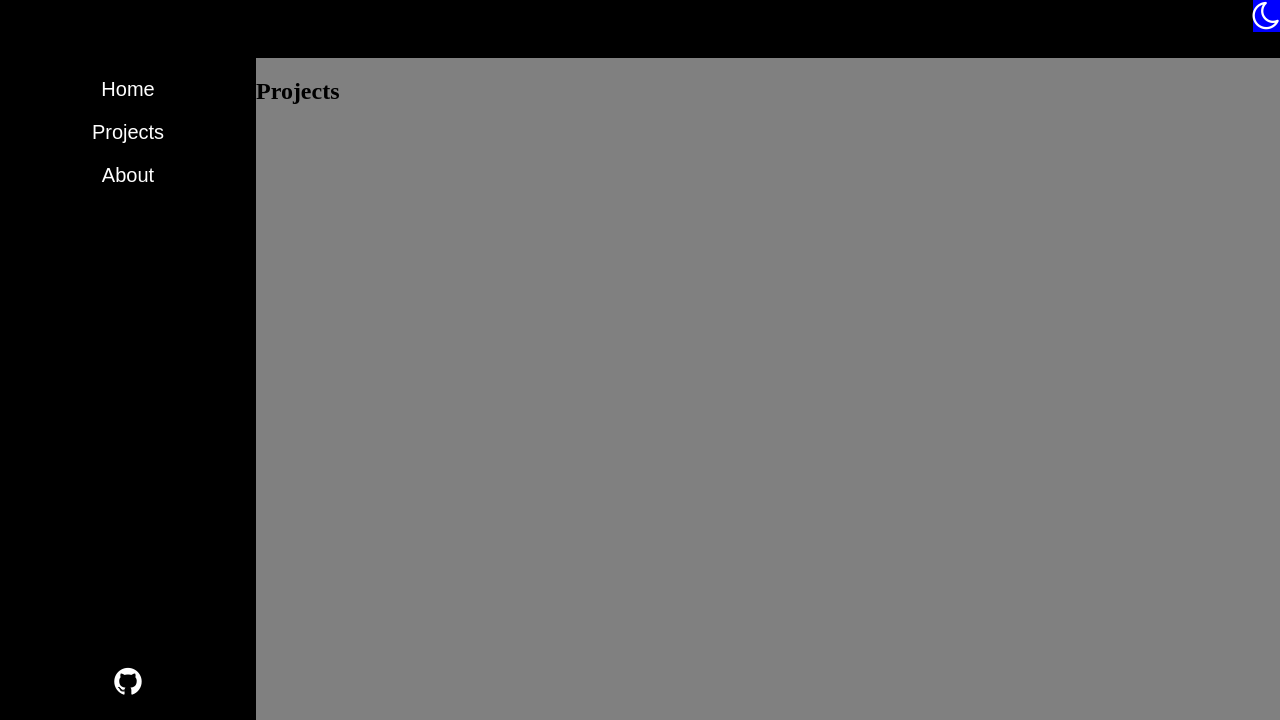
Repository: josephinel6/josephinel6.github.io
Page: index.html
The author's editor kept a copy of each file at every save. The page is drawn from the files as they stood at one save, then again after the next save.
The browser window is 1280 px wide. The pictures show the whole page.

Above is the page before, as saved 2023-04-05 08:10:44.

### index.html
<!DOCTYPE html>
<html>

<head>
    <style>
        :root.light {
            --color-bg: white;
            --color-menu-text: black;
            --color-page-bg: darkgray;
            --color-obj-bg: gray;
            --color-title-text: black;
            --color-gen-text: black;
        }

        :root.dark {
            --color-bg: black;
            --color-menu-text: white;
            --color-page-bg: gray;
            --color-obj-bg: darkgray;
            --color-title-text: white;
            --color-gen-text: white;
        }

        /* :root {
            --color-bg: black;
        } */

        html,
        body {
            height: 100%;
            width: 100%;
            margin: 0;
            position: relative;
            /* border-color: blue;
            border-radius: 10px;
            border-style: solid; */
            padding: 0;
        }

        #menu {
            height: 100%;
            width: 20%;
            position: absolute;
            z-index: 1;
            top: 0;
            bottom: 0;
            background-color: var(--color-bg);
        }

        #topbar {
            width: 100%;
            height: 8%;
            background-color: var(--color-bg);
            position: absolute;
        }

        .menutext {
            color: var(--color-menu-text);
            font-family: sans-serif;
            font-size: 20px;
        }

        .fa-github {
            color: var(--color-menu-text);
        }

        #window {
            background-color: var(--color-page-bg);
            position: absolute;
            height: 92%;
            width: 80%;
            right: 0;
            bottom: 0;
        }

        .tabcontent {
            height: 100%;
            width: 100%;
            position: absolute;
        }

        .projectbutton {
            height: 150px;
            width: 95%;
            margin-top: 2.5%;
            margin-left: 2.5%;
            background-color: var(--color-obj-bg);
            border-radius: 5px;
            font-family: sans-serif;
            font-size: 30px;
        }

        #day-night {
            color: white;
            z-index: 2;
            background-color: blue;
            position: absolute;
            right: 0;
            top: 0;
        }
    </style>
    <link rel="stylesheet" href="https://cdnjs.cloudflare.com/ajax/libs/font-awesome/4.7.0/css/font-awesome.min.css">
    <script type="module" src="https://cdn.jsdelivr.net/gh/zerodevx/zero-md@2/dist/zero-md.min.js"></script>
    <script type="module" src="https://md-block.verou.me/md-block.js"></script>
</head>

<body>
    <div id="menu">
        <div style="position:absolute; top: 8%; width: 100%; text-align: center;">

            <p class="menutext"> Home </p>
            <p class="menutext" onclick="openpage('projectbuttons')"> Projects </p>
            <p class="menutext"> About </p>

        </div>

        <div style="position:absolute; bottom:3%; width: 100%; text-align: center;">
            <a href="https://github.com/josephinel6" class="fa fa-github fa-2x" style="text-decoration: none;"></a>
        </div>
    </div>
    <div id="topbar">
        <i onclick="daynight()" class="fa fa-moon-o fa-2x" id="day-night"></i>
    </div>
    <div id="window">
        <div id="homepage" class="tabcontent">
            <h2> Projects </h2>
        </div>
        <div id="projectbuttons" class="tabcontent">
            <div class="projectbutton" onclick="openpage('weatherAPI')"> Weather API </div>
        </div>
        <zero-md src="https://josephinel6.github.io/weatherAPI.md" class="tabcontent" id="weatherAPI"></zero-md>
        <div class="tabcontent" id="about"></div>
    </div>
    <script>
        window.onload = function () {
            document.documentElement.classList.remove("light")
            document.documentElement.classList.add("dark")
            window.localStorage.setItem('mode', 'dark');
            console.log("dark")
            tabcontent = document.getElementsByClassName("tabcontent");
            for (i = 0; i < tabcontent.length; i++) {
                tabcontent[i].style.display = "none";
            }
            document.getElementById("homepage").style.display = "block";
        }

        function openpage(pageName) {
            var i, tabcontent, tablinks;
            tabcontent = document.getElementsByClassName("tabcontent");
            for (i = 0; i < tabcontent.length; i++) {
                tabcontent[i].style.display = "none";
            }
            tablinks = document.getElementsByClassName("tablink");
            for (i = 0; i < tablinks.length; i++) {
                tablinks[i].style.backgroundColor = "";
            }
            document.getElementById(pageName).style.display = "block";

            document.body.scrollTop = 0;
            document.documentElement.scrollTop = 0;
        }
    </script>

</body>

</html>

After the next save:
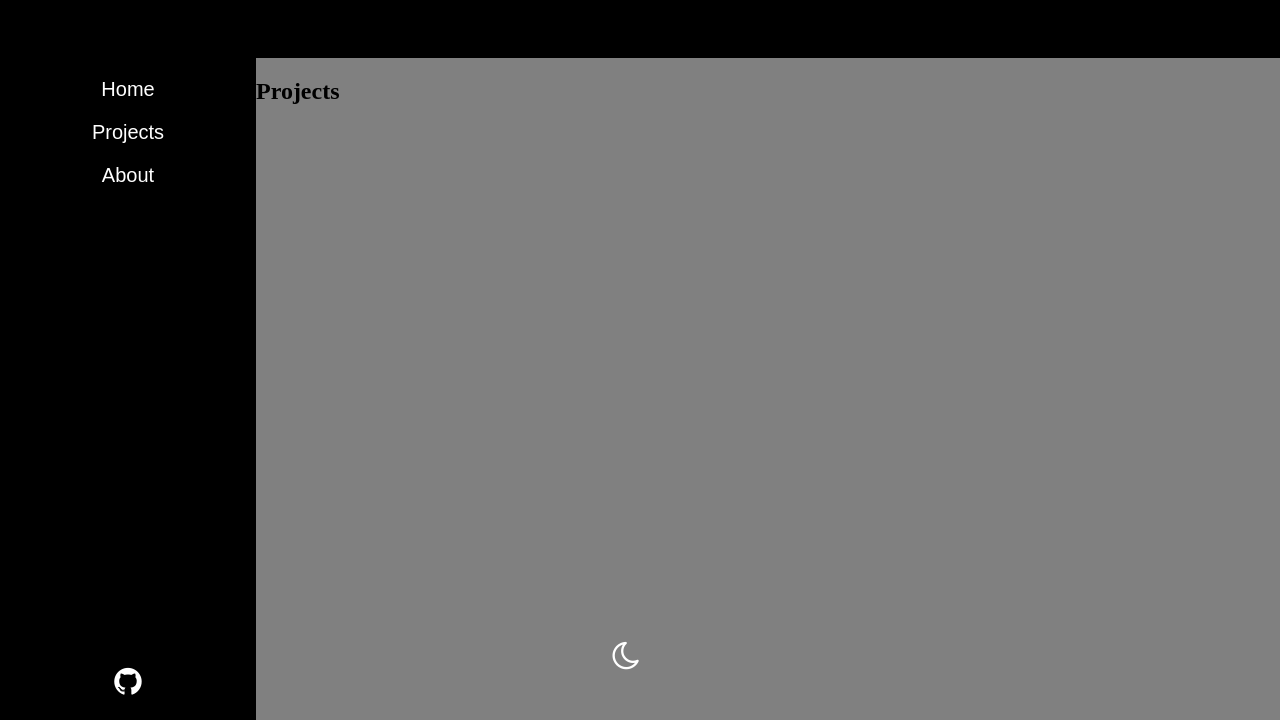
Saved 19 s later.
--- a/index.html
+++ b/index.html
@@ -93,7 +93,8 @@
         #day-night {
             color: white;
             z-index: 2;
-            background-color: blue;
+            margin-top: 50%;
+            margin-right: 50%;
             position: absolute;
             right: 0;
             top: 0;
